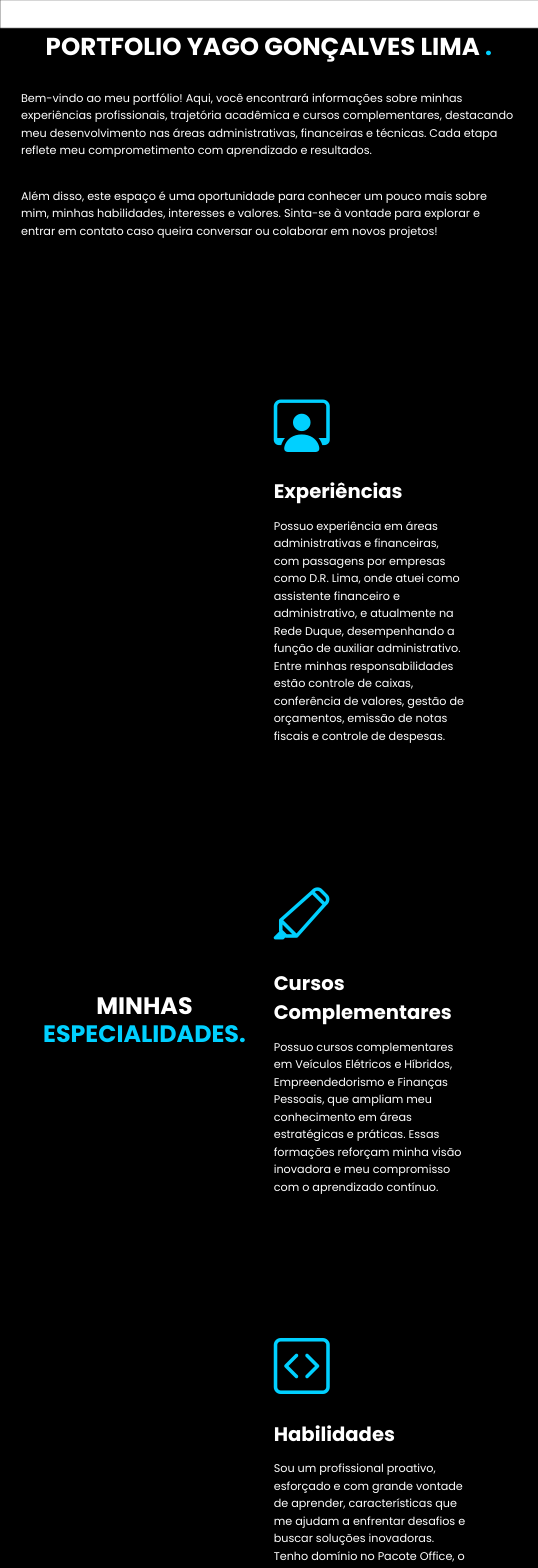
Repository: yagolima1511/Portfolio
Page: index.html
The author's editor kept a copy of each file at every save. The page is drawn from the files as they stood at one save, then again after a run of saves.
The browser window is 768 px wide. The pictures show the part of the page from y = 0 to 2240 px (the page is 6044 px tall before and 5812 px after), at 70% of full size.

Above is the page before, as saved 2025-02-22 14:21:57.

After the next 2 saves:
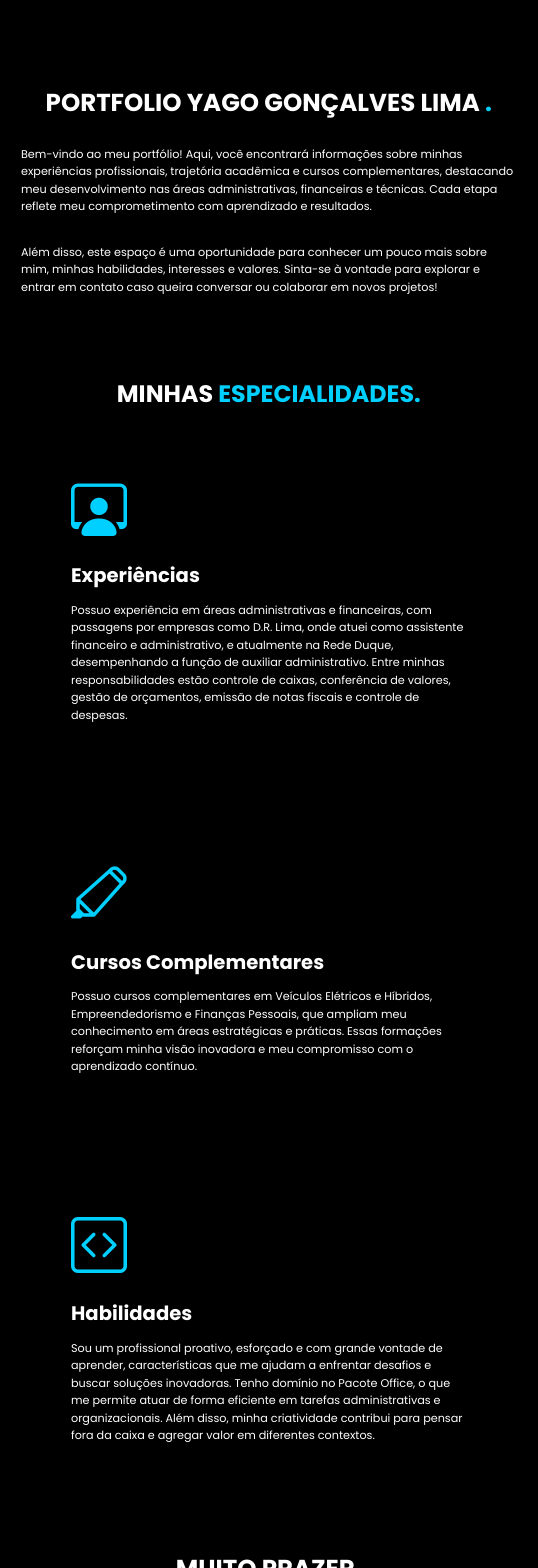
The 2 saves are shown as one change because they came seconds apart.
The last was saved 5 min 17 s later.
--- a/style.css
+++ b/style.css
@@ -196,104 +196,6 @@ section.sobre .flex{
      cursor: pointer;
      margin: 0 5px;
      transition: 2.s;
-}
-
-/* Estilo básico do header */
-header {
-    background-color: #fff;
-    padding: 20px 40px;
-    box-shadow: 0 2px 5px rgba(0, 0, 0, 0.1);
-    position: fixed;
-    width: 100%;
-    z-index: 1000;
-}
-
-.interface {
-    display: flex;
-    justify-content: space-between;
-    align-items: center;
-    max-width: 1200px;
-    margin: 0 auto;
-}
-
-/* Menu de navegação no desktop */
-.menu-desktop ul {
-    display: flex;
-    list-style: none;
-    gap: 30px;
-}
-
-.menu-desktop a {
-    text-decoration: none;
-    color: #333;
-    font-weight: bold;
-    transition: color 0.3s;
-}
-
-.menu-desktop a:hover {
-    color: #007BFF;
-}
-
-/* Botão de contato */
-.btn-contato button {
-    background-color: #007BFF;
-    color: #fff;
-    border: none;
-    padding: 10px 20px;
-    border-radius: 25px;
-    cursor: pointer;
-    transition: background 0.3s;
-}
-
-.btn-contato button:hover {
-    background-color: #0056b3;
-}
-
-/* Menu hamburguer para mobile */
-.menu-mobile {
-    display: none;
-    cursor: pointer;
-}
-
-.menu-mobile div {
-    width: 30px;
-    height: 3px;
-    background-color: #333;
-    margin: 5px;
-    transition: all 0.3s ease;
-}
-
-/* Responsividade */
-@media screen and (max-width: 768px) {
-    .menu-desktop {
-        display: none;
-    }
-
-    .menu-mobile {
-        display: block;
-    }
-
-    .btn-contato {
-        display: none;
-    }
-
-    /* Menu mobile ativado */
-    .menu-mobile.ativo + .menu-desktop {
-        display: flex;
-        position: absolute;
-        top: 70px;
-        right: 0;
-        background-color: #fff;
-        flex-direction: column;
-        width: 200px;
-        box-shadow: 0 2px 10px rgba(0, 0, 0, 0.2);
-        padding: 20px;
-    }
-
-    .menu-desktop ul {
-        flex-direction: column;
-        gap: 15px;
-    }
 }
 
 
